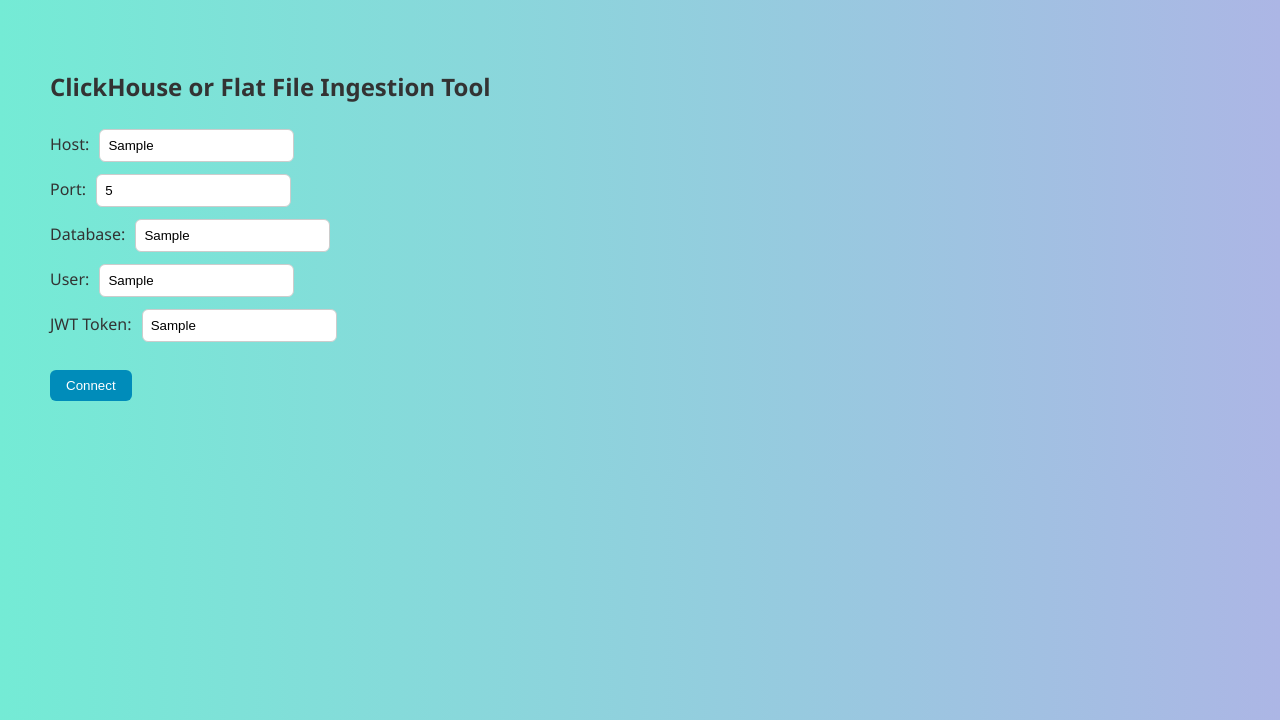
Repository: yash854367/clickhouse-flatfile-ingestion
Page: clickhouseflatfile/src/main/resources/static/index.html
These files come from the project's save history. The page is drawn as it stood at one moment and after the next save; the edit follows.
The browser window is 1280 px wide. The pictures show the whole page.
Empty fields were first filled with sample values (such as "Sample", 5 or name@example.com).
After loading, the first visible `button` was clicked once.
The page's requests for data from a server got no answer.

Above is the page before, as saved 2025-04-16 08:58:04.
Console error: ReferenceError: documnet is not defined

### clickhouseflatfile/src/main/resources/static/index.html
<!DOCTYPE html>
<html>
	<head>
		<title>ClickHouse Flat File Ingestion</title>
		<script src="js/app.js"></script>
		<link rel = "stylesheet" href="css/style.css">
	</head>
	<body>
		<h2>ClickHouse or Flat File Ingestion Tool</h2>
		<form id = "configForm">
			<label>Host: <input type="text" id="host" required></label><br>
			<label>Port: <input type="number" id="port" required></label><br>
			<label>Database: <input type="text" id="database" required></label><br>
			<label>User: <input type="text" id="user" required></label><br>
			<label>JWT Token: <input type="text" id="jwtToken" required></label><br><br>

			<button type="button" onclick="connectClickHouse()">Connect</button>
		</form>
		<div id="status"></div>

	</body>
</html>

### clickhouseflatfile/src/main/resources/static/js/app.js
function connectClickHouse(){

	const config = {
		host: document.getElementById("host").value,
		port: parseInt(document.getElementById("port").value),
		database: document.getElementById("database").value,
		user: documnet.getElementById("user").value,
		jwtToken: document.getElementById("jwtToken").value
	};

	fetch("/api/clickhouse/connect", {
		method : "POST",
		headers: {
			"Content-Type": "application/jason"
		},
		body: JSON.stringify(config)
	})
	.then(response => response.text())
	.then(data => {
		document.getElementById("status").innerText = "✅ Connected: " + data;
	})
	.catch(error => {
	        document.getElementById("status").innerText = "❌ Error: " + error;
	});
}

### clickhouseflatfile/src/main/resources/static/css/style.css

body {
    font-family: 'Segoe UI', Tahoma, Geneva, Verdana, sans-serif;
    margin: 30px;
    padding: 20px;
    background: linear-gradient(to right, #74ebd5, #ACB6E5);
    color: #333;
    border-radius: 10px;
}

form input {
    margin: 6px;
    padding: 8px;
    border: 1px solid #ccc;
    border-radius: 6px;
}

button {
    padding: 8px 16px;
    background-color: #008CBA;
    color: white;
    border: none;
    border-radius: 6px;
    cursor: pointer;
}

button:hover {
    background-color: #005f73;
}

#status {
    margin-top: 20px;
    font-weight: bold;
    color: #2f3e46;
}

After the next save:
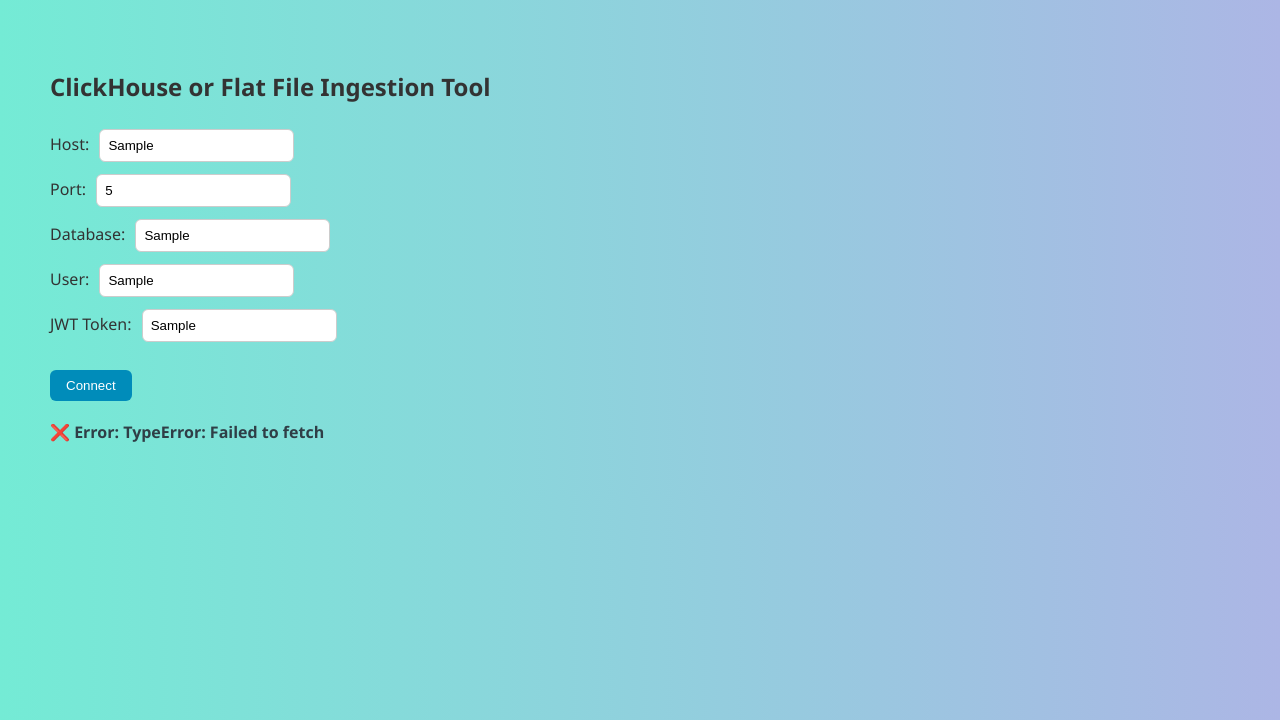
The error is gone.
Saved 22 s later.
--- a/clickhouseflatfile/src/main/resources/static/js/app.js
+++ b/clickhouseflatfile/src/main/resources/static/js/app.js
@@ -1,25 +1,25 @@
+
 function connectClickHouse(){
+    const config = {
+        host: document.getElementById("host").value,
+        port: parseInt(document.getElementById("port").value),
+        database: document.getElementById("database").value,
+        user: document.getElementById("user").value,
+        jwtToken: document.getElementById("jwtToken").value
+    };
 
-	const config = {
-		host: document.getElementById("host").value,
-		port: parseInt(document.getElementById("port").value),
-		database: document.getElementById("database").value,
-		user: documnet.getElementById("user").value,
-		jwtToken: document.getElementById("jwtToken").value
-	};
-
-	fetch("/api/clickhouse/connect", {
-		method : "POST",
-		headers: {
-			"Content-Type": "application/jason"
-		},
-		body: JSON.stringify(config)
-	})
-	.then(response => response.text())
-	.then(data => {
-		document.getElementById("status").innerText = "✅ Connected: " + data;
-	})
-	.catch(error => {
-	        document.getElementById("status").innerText = "❌ Error: " + error;
-	});
+    fetch("/api/ingestion/clickhouse/connect", {
+        method : "POST",
+        headers: {
+            "Content-Type": "application/json"
+        },
+        body: JSON.stringify(config)
+    })
+    .then(response => response.json())
+    .then(data => {
+        document.getElementById("status").innerText = `✅ Status: ${data.status} - ${data.message}`;
+    })
+    .catch(error => {
+        document.getElementById("status").innerText = "❌ Error: " + error;
+    });
 }
